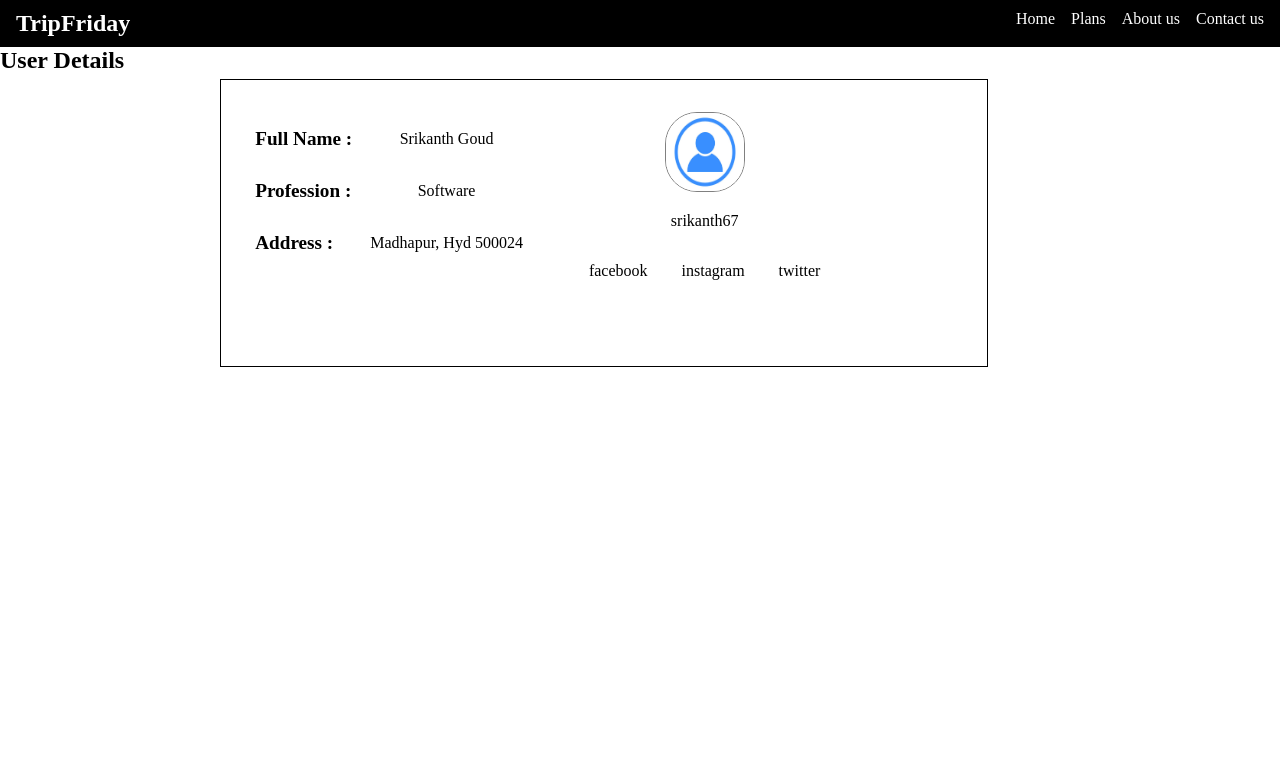
Repository: suraj-yadav7/userprofile
Page: /
An editor plug-in stored every save of this project. The page is shown before and after the next save, followed by the edit.
The browser window is 1280 px wide. The pictures show the whole page.
The page's requests for data from a server got no answer. The project was rebuilt for these pictures with package versions that can differ from the ones it lists, and the page was loaded fresh each time. No one was signed in, and anything a server would have sent is missing. Also part of the build but not shown: src/components/UserDetails.jsx.

Above is the page before, as saved 2023-05-04 14:48:10.

After the next save:
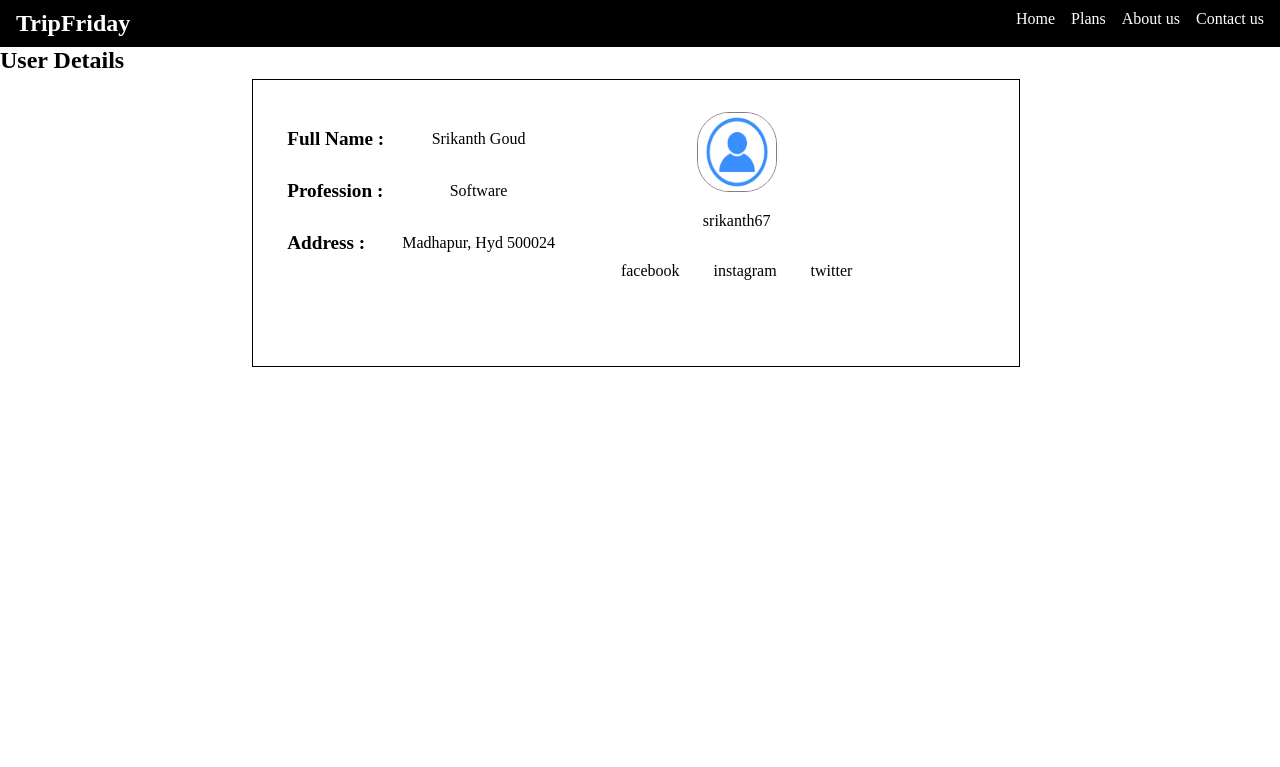
Saved 29 s later.
--- a/src/assests/userProfile.scss
+++ b/src/assests/userProfile.scss
@@ -6,8 +6,8 @@
     height: 100vh;
 }
 .userList{
+    margin: 1rem 1rem;
     >div{
-        margin: 1rem 1rem;
         padding: 1rem;
         display: flex;
         text-align: center;
